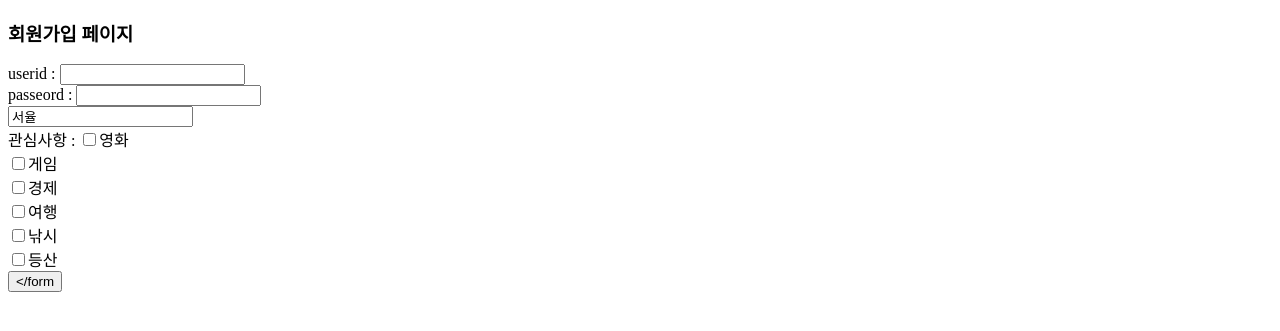
Repository: PARKJONGSUN88/multicampus_study
Page: 3-7. jsp, servletStudy Study/1. 실습/workspace2/web1/WebContent/memberform.html
The author's editor kept a copy of each file at every save. The page is drawn from the files as they stood at one save, then again after the next save.
The browser window is 1280 px wide. The pictures show the whole page.

Above is the page before, as saved 2019-06-27 01:53:02.

After the next save:
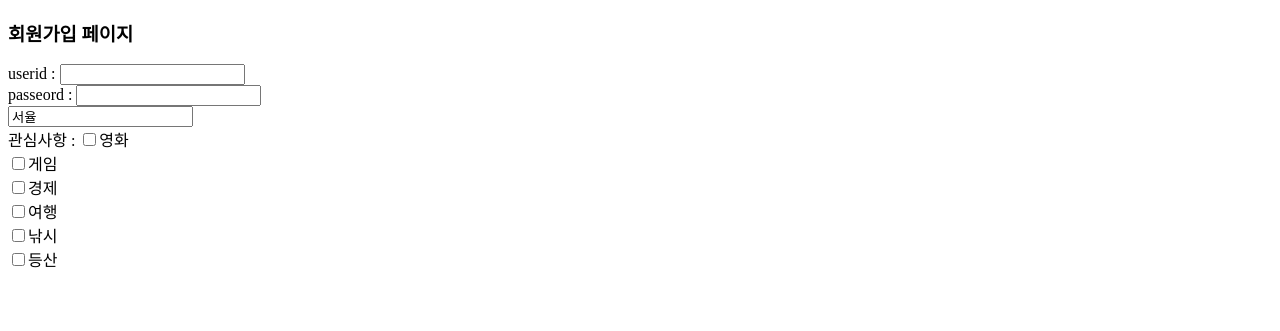
Saved 5 s later.
--- a/3-7. jsp, servletStudy Study/1. 실습/workspace2/web1/WebContent/memberform.html
+++ b/3-7. jsp, servletStudy Study/1. 실습/workspace2/web1/WebContent/memberform.html
@@ -16,8 +16,6 @@ passeord : <input type="password" name="userpwd" ><br>
 		<input type="checkbox" name="interest" value="여행">여행<br>
 		<input type="checkbox" name="interest" value="낚시">낚시<br>
 		<input type="checkbox" name="interest" value="등산">등산<br>
-	<input type="submit" value=
-
 
 
 
